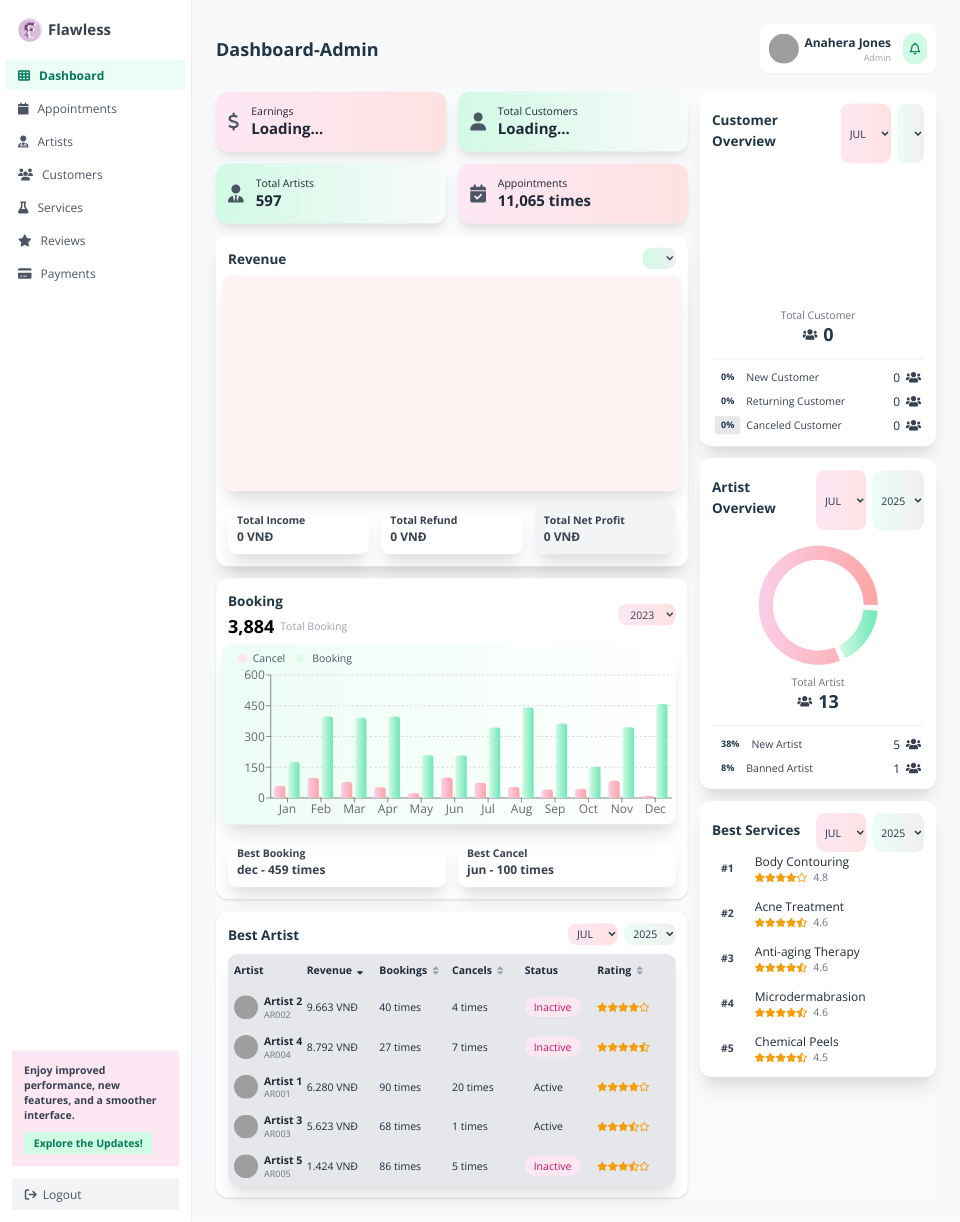
Repository: NguyenNgoQuangHoang/flawless
Page: /dashboard-admin
An editor plug-in stored every save of this project. The page is shown before and after the next save, followed by the edit.
The browser window is 1280 px wide. The pictures show the whole page, at 75% of full size.
Pictures or frames that could not be fetched are drawn as grey boxes. The project was rebuilt for these pictures with package versions that can differ from the ones it lists, and the page was loaded fresh each time. Also part of the build but not shown: vite.config.ts, src/components/SearchFilterBar.tsx, src/components/CustomerTableRow.tsx, src/components/ItemsPerPageSelector.tsx, src/components/Pagination.tsx, src/components/CustomerTable.tsx, src/pages/Appointments.tsx, src/components/CustomerListTable.tsx and 17 more.

Above is the page before, as saved 2025-07-13 16:17:54.

After the next save:
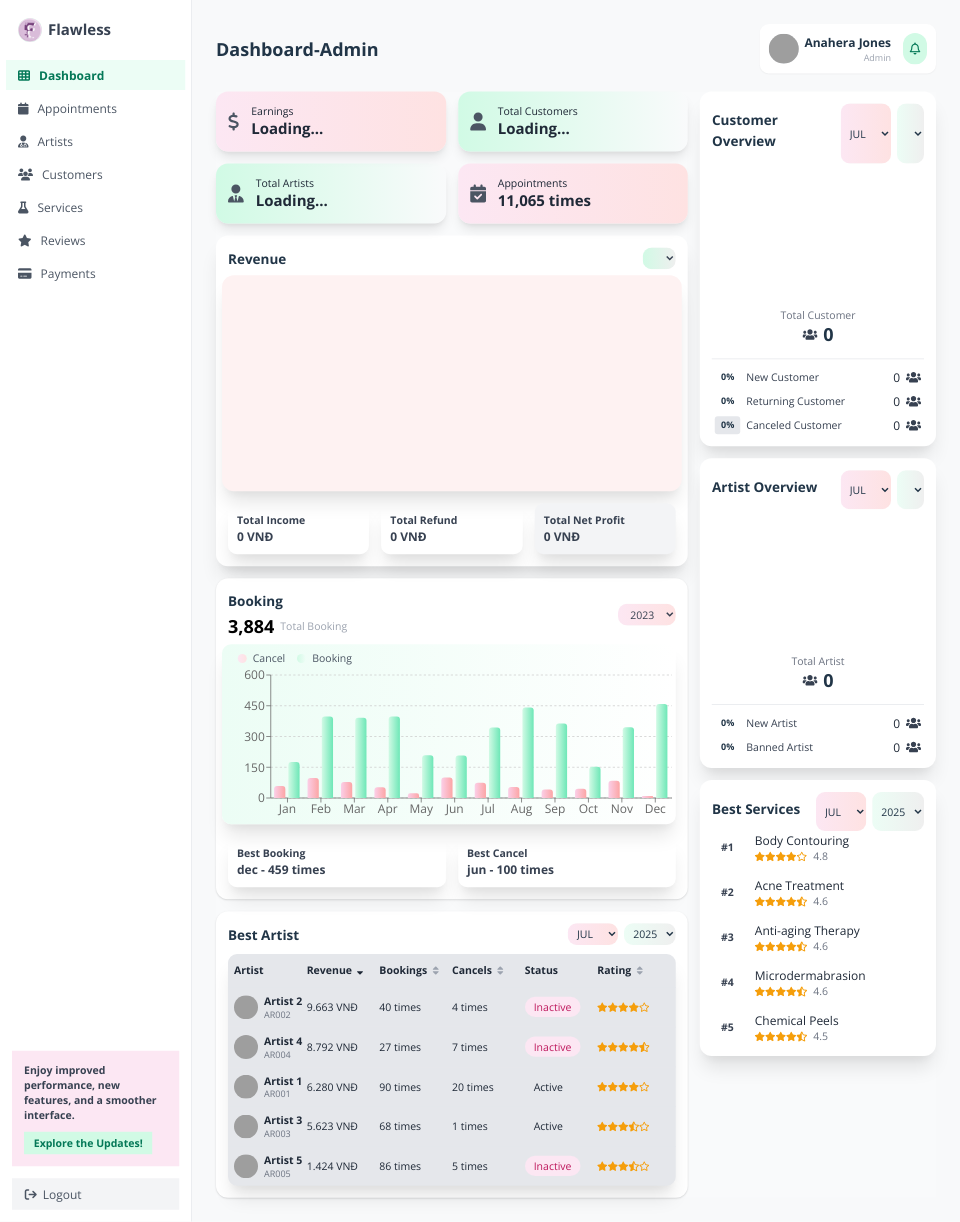
Saved 3 min 53 s later.
--- a/src/redux/slices/artistSlice.ts
+++ b/src/redux/slices/artistSlice.ts
@@ -1,21 +1,67 @@
 import { createSlice, createAsyncThunk } from "@reduxjs/toolkit";
+
+// Define interfaces for the API response
+interface ArtistMonth {
+  totalArtist: number;
+  newArtist: number;
+  banArtist: number;
+}
+
+interface ArtistYear {
+  year: number;
+  totalArtistPerYear: number;
+  months: {
+    [key: string]: ArtistMonth;
+  };
+}
+
+interface ArtistData {
+  totalArtistAllYear: number;
+  perYear: ArtistYear[];
+  isSuccess: boolean;
+  errorMessage: string;
+}
+
+interface ArtistState {
+  data: ArtistData | null;
+  loading: boolean;
+  error: string | null;
+}
 
 export const fetchTotalArtist = createAsyncThunk(
   "artist/fetchTotalArtist",
   async () => {
-    const res = await fetch("/api/totalArtist.json");
-    if (!res.ok) throw new Error("Failed to fetch totalArtist.json");
-    return await res.json();
+    const token = localStorage.getItem("token");
+    if (!token) {
+      throw new Error("No authentication token found");
+    }
+
+    const response = await fetch(
+      "https://flawless-a2exc2hwcge8bbfz.canadacentral-01.azurewebsites.net/api/dashboard/get-total-artist",
+      {
+        headers: {
+          accept: "*/*",
+          Authorization: `Bearer ${token}`,
+        },
+      }
+    );
+
+    if (!response.ok) {
+      throw new Error("Failed to fetch total artist data");
+    }
+
+    const data = await response.json();
+    return data;
   }
 );
 
 const artistSlice = createSlice({
   name: "artist",
   initialState: {
-    data: null as any, // instead of `null`
+    data: null,
     loading: false,
-    error: null as string | null,
-  },
+    error: null,
+  } as ArtistState,
   reducers: {},
   extraReducers: (builder) => {
     builder
@@ -29,7 +75,7 @@ const artistSlice = createSlice({
       })
       .addCase(fetchTotalArtist.rejected, (state, action) => {
         state.loading = false;
-        state.error = action.error.message || "Error fetching data";
+        state.error = action.error.message || "Error fetching artist data";
       });
   },
 });
